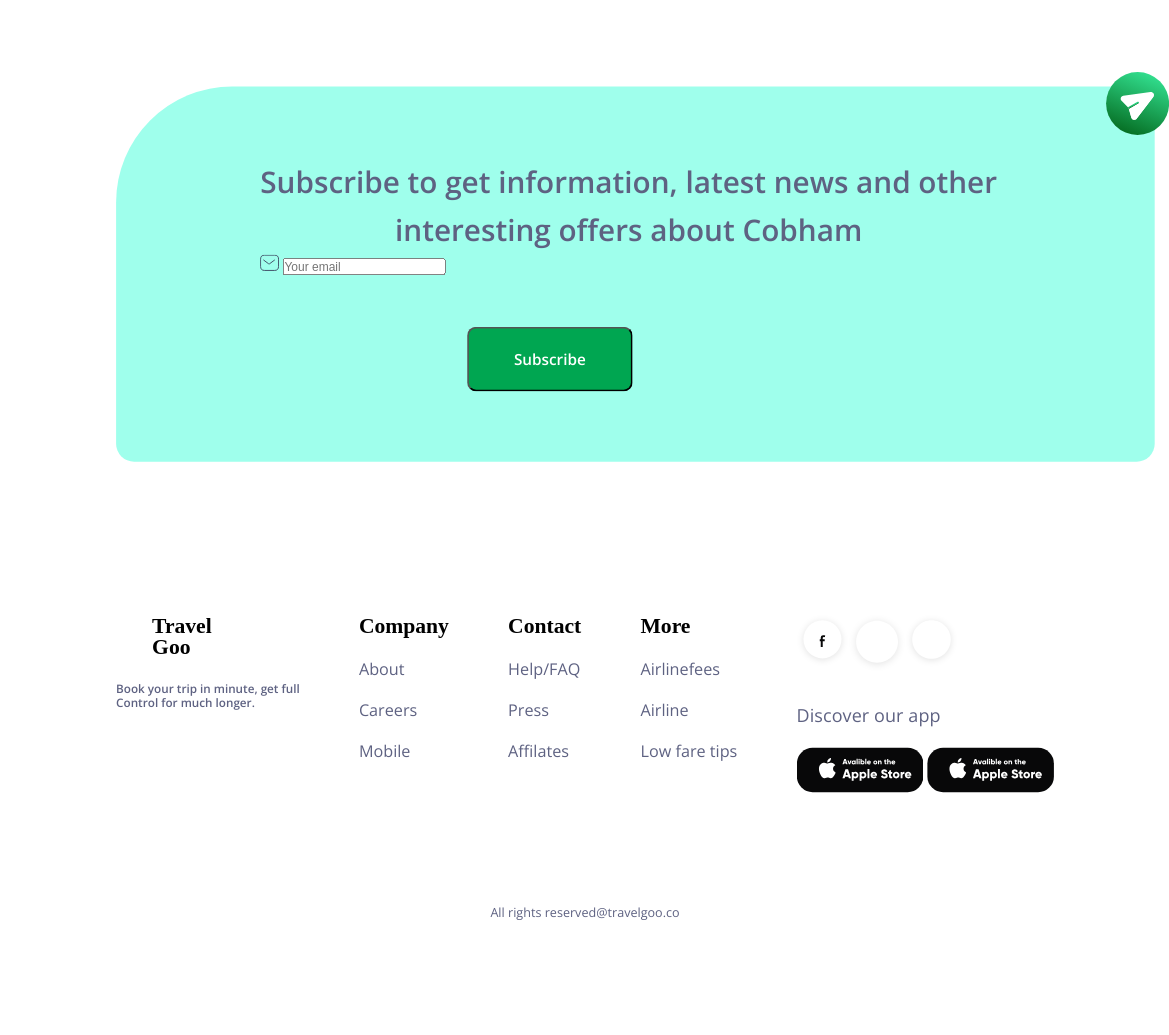
Repository: HeybetzadeQedim/task-5
Page: index.html
These files come from the project's save history. The page is drawn as it stood at one moment and after the next save; the edit follows.
The browser window is 1280 px wide. The page is 1299 px wide, so the pictures cover 1299 px, including what lies to the right of the window. The pictures show the whole page, at 90% of full size.
Some web fonts or font styles are not loaded; a fallback is used.

Above is the page before, as saved 2023-10-16 16:16:31.

### index.html
<!DOCTYPE html>
<html lang="en">
  <head>
    <meta charset="UTF-8" />
    <meta name="viewport" content="width=device-width, initial-scale=1.0" />
    <title>Document</title>
    <link rel="stylesheet" href="./index.css" />
  </head>
  <body>
    <div class="container">
      <div class="relative-container">
        <div class="box-container">
          <h1>
            Subscribe to get information, latest news and other interesting
            offers about Cobham
          </h1>

  <form action="">

    <div class="input-box">
        <svg xmlns="http://www.w3.org/2000/svg" width="21" height="18" viewBox="0 0 21 18" fill="none">
            <path d="M4 6L9.4 10.05C9.75556 10.3167 10.2444 10.3167 10.6 10.05L16 6" stroke="#39425D" stroke-linecap="round"/>
            <rect x="0.5" y="0.5" width="20" height="17" rx="4.5" stroke="#39425D"/>
            </svg>
        <input type="text" placeholder="Your email">
    </div>
    <button>Subscribe</button>
  </form>
        </div>
        <div class="image-container">
          <img src="images/Group 77 (1).svg" />
        </div>
      </div>

      <div class="main-container">
        <div class="main-box">
          <div class="position-container">
            <h2>
              Travel<br />
              Goo
            </h2>
            <p>
              Book your trip in minute, get full<br />
              Control for much longer.
            </p>
          </div>


            <ul>
                <h2>Company</h2>
              <li>About</li>
              <li>Careers</li>
              <li>Mobile</li>
            </ul>

            <ul>
                <h2>Contact</h2>
              <li>Help/FAQ</li>
              <li>Press</li>
              <li>Affilates</li>
            </ul>
            <ul>
                <h2>More</h2>
              <li>Airlinefees</li>
              <li>Airline</li>
              <li>Low fare tips</li>
</ul>
          <div class="last-container">
            <div class="circle-box">
                <img src="images/Social.svg" />
                <img src="images/Background (1).svg" />
                <img src="images/Background (1).svg" />
            </div>
           <p>Discover our app</p>
      <div class="buttons-box">
              <img src="images/Play Store.svg" />
            <img src="images/Play Store.svg" />
      </div>
          </div>
        </div>
        <div class="footer-box">
          <p>All rights reserved@travelgoo.co</p>
        </div>
      </div>
    </div>
  </body>
</html>

### index.css
@import url("https://fonts.googleapis.com/css2?family=Laila:wght@700&family=Montserrat&family=Open+Sans:wght@400;600;700&display=swap");
* {
  padding: 0;
  margin: 0;
  box-sizing: border-box;
}
.container {
  padding: 96px 109px 64px 129px;
}
.box-container {
  padding: 79px 175px 78px 160px;
  border-radius: 0px 24px 0px 50px;
  display: inline-block;
  background: #9fffec;
  border-radius: 129px 20px 20px 20px;
}
.box-container h1 {
  width: 819px;
  color: var(--TEXT-CLR, #5e6282);
  text-align: center;
  font-family: Open Sans;
  font-size: 33px;
  font-style: normal;
  font-weight: 600;
  line-height: 54px; /* 163.636% */
}
.box-container img:first-child {
  width: 70px;
  height: 70px;
}
.image-container {
  position: absolute;
  top: -16px;
  right: 0;
}
.relative-container {
  width: 1170px;
  position: relative;
  margin-bottom: 170px;
}
.flex-container {
  display: flex;
}
.flex-container-2 {
  margin-top: 75px;
  padding: 25px 0 25px 31px;
  width: 421px;
  display: flex;
  border-radius: 10px;
  background: var(--white, #fff);
}
.flex-container-2 img:first-child {
  width: 21px;
  height: 18px;
}
.flex-container-2 p {
  margin-left: 14px;
  color: var(--TEXT-COLOR, #39425d);
  font-family: Montserrat;
  font-size: 14px;
  font-style: normal;
  font-weight: 400;
  line-height: normal;
}
.button-container p {

}
.main-container .main-box {
  display: flex;
  justify-content: space-between;
}
.position-container {
  /* position: absolute; */
}
.main-container h2 {
  margin-bottom: 25px;
  /* margin-left: 40px; */
  color: #000;
  font-family: Laila;
  font-size: 24px;
  font-style: normal;
  font-weight: 700;
  line-height: 102.5%;
}
.position-container h2 {
  margin-left: 40px;
}
.main-container p {
  color: var(--TEXT-CLR, #5e6282);
  font-family: Open Sans;
  font-size: 13px;
  font-style: normal;
  font-weight: 600;
  line-height: 124.5%;
}
ul h2 {
  margin-bottom: 47px;
}

ul li {
  margin-bottom: 23px;
  list-style-type: none;
  color: var(--TEXT-CLR, #5e6282);
  font-family: Open Sans;
  font-size: 18px;
  font-style: normal;
  font-weight: 400;
  line-height: 124.5%;
}

.last-container p {
  /* margin-right: 160px; */
  margin-bottom: 22px;
  margin-top: 37px;
  color: var(--TEXT-CLR, #5e6282);
  font-family: Open Sans;
  font-size: 20px;
  font-style: normal;
  font-weight: 400;
  line-height: 124.5%;
  letter-spacing: 0.1px;
}
.last-container .circle-box img:first-child {
  width: 58px;
  height: 58px;
}
.last-container .circle-box img:nth-child(2) {
  width: 63px;
  height: 63px;
}
.last-container .circle-box img:nth-child(3) {
  /* margin-right: 150px; */
  width: 58px;
  height: 58px;
}

.footer-box p {
  margin-top: 120px;
  margin-bottom: 64px;
  text-align: center;
  color: var(--TEXT-CLR, #5e6282);
  font-family: Open Sans;
  font-size: 14px;
  font-style: normal;
  font-weight: 400;
  line-height: 124.5%;
}

.circle-box {
  display: flex;
}
form{
  display: flex;
}

form button{
  margin-top: 80px;
  margin-left: 24px;
  padding: 22px 50px 23px 50px;
  border-radius: 10px;
  background-color: #00a651;
  display: inline-block;
  color: var(--white, #fff);
  text-align: center;
  font-family: Open Sans;
  font-size: 17px;
  font-style: normal;
  font-weight: 600;
  line-height: normal;
}

After the next save:
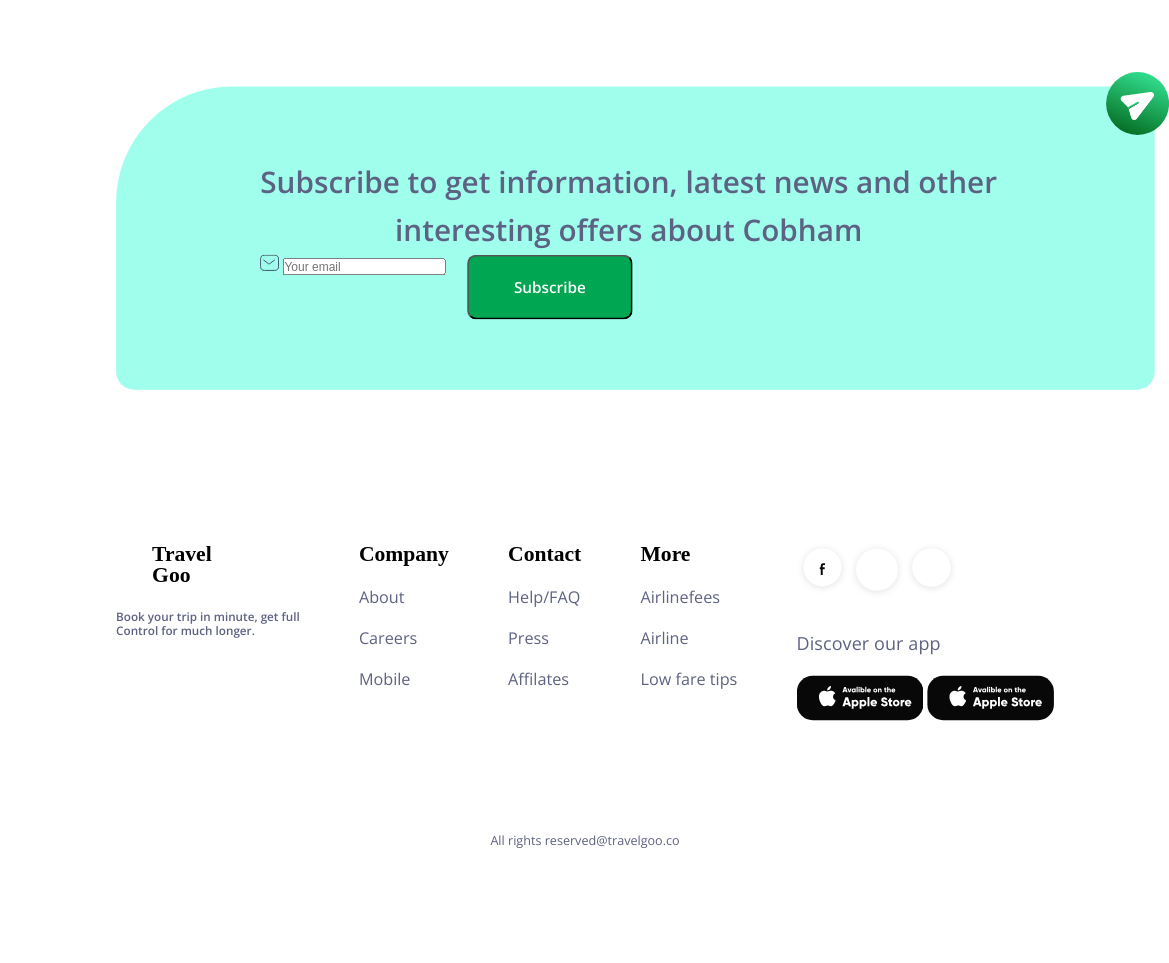
Saved 7 s later.
--- a/index.css
+++ b/index.css
@@ -154,7 +154,6 @@ form{
 }
 
 form button{
-  margin-top: 80px;
   margin-left: 24px;
   padding: 22px 50px 23px 50px;
   border-radius: 10px;
